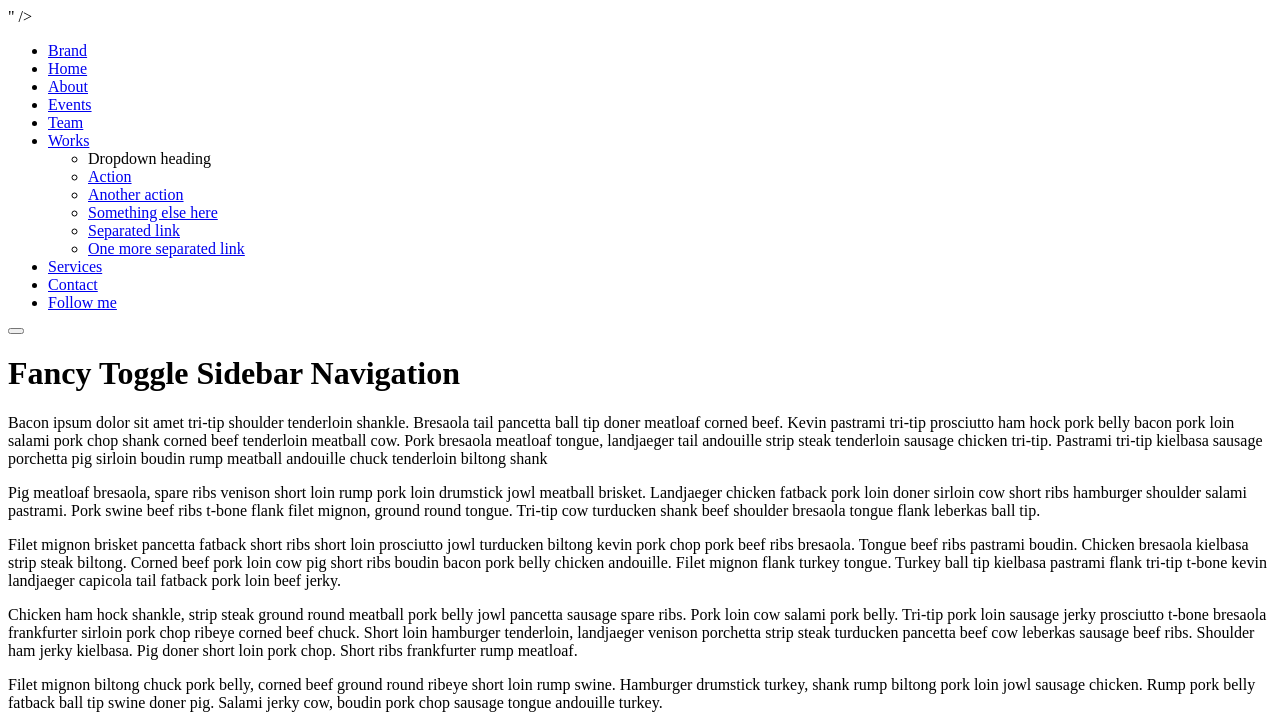
Repository: hsKinn/MUCO
Page: http://localhost/Travery-Admin2/test.jsp
An editor plug-in stored every save of this project. The page is shown before and after the next save, followed by the edit.
The browser window is 1280 px wide. The pictures show the whole page.
The page is served by Tomcat 9. Other server files are loaded and not shown.

Above is the page before, as saved 2016-03-29 07:01:13.
Console error: ReferenceError: $ is not defined
Not found: Travery-Admin2/Travery-Admin2/<c:url value=

### Travery-Admin2/WebContent/test.jsp
<%@ page language="java" contentType="text/html; charset=UTF-8"
    pageEncoding="UTF-8"%>
<!DOCTYPE html PUBLIC "-//W3C//DTD HTML 4.01 Transitional//EN" "http://www.w3.org/TR/html4/loose.dtd">
<html>
<head>
<meta http-equiv="Content-Type" content="text/html; charset=UTF-8">

<title>Insert title here</title>
</head>
<link rel="stylesheet" type="text/css" href="<c:url value="/resource/css/common/test.css"/>" />
<script type="text/javascript">
$(document).ready(function () {
	  var trigger = $('.hamburger'),
	      overlay = $('.overlay'),
	     isClosed = false;

	    trigger.click(function () {
	      hamburger_cross();
	    });

	    function hamburger_cross() {

	      if (isClosed == true) {
	        overlay.hide();
	        trigger.removeClass('is-open');
	        trigger.addClass('is-closed');
	        isClosed = false;
	      } else {
	        overlay.show();
	        trigger.removeClass('is-closed');
	        trigger.addClass('is-open');
	        isClosed = true;
	      }
	  }

	  $('[data-toggle="offcanvas"]').click(function () {
	        $('#wrapper').toggleClass('toggled');
	  });
	});
</script>
<body>


    <div id="wrapper">
        <div class="overlay"></div>

        <!-- Sidebar -->
        <nav class="navbar navbar-inverse navbar-fixed-top" id="sidebar-wrapper" role="navigation">
            <ul class="nav sidebar-nav">
                <li class="sidebar-brand">
                    <a href="#">
                       Brand
                    </a>
                </li>
                <li>
                    <a href="#">Home</a>
                </li>
                <li>
                    <a href="#">About</a>
                </li>
                <li>
                    <a href="#">Events</a>
                </li>
                <li>
                    <a href="#">Team</a>
                </li>
                <li class="dropdown">
                  <a href="#" class="dropdown-toggle" data-toggle="dropdown">Works <span class="caret"></span></a>
                  <ul class="dropdown-menu" role="menu">
                    <li class="dropdown-header">Dropdown heading</li>
                    <li><a href="#">Action</a></li>
                    <li><a href="#">Another action</a></li>
                    <li><a href="#">Something else here</a></li>
                    <li><a href="#">Separated link</a></li>
                    <li><a href="#">One more separated link</a></li>
                  </ul>
                </li>
                <li>
                    <a href="#">Services</a>
                </li>
                <li>
                    <a href="#">Contact</a>
                </li>
                <li>
                    <a href="https://twitter.com/maridlcrmn">Follow me</a>
                </li>
            </ul>
        </nav>
        <!-- /#sidebar-wrapper -->

        <!-- Page Content -->
        <div id="page-content-wrapper">
            <button type="button" class="hamburger is-closed" data-toggle="offcanvas">
                <span class="hamb-top"></span>
    			<span class="hamb-middle"></span>
				<span class="hamb-bottom"></span>
            </button>
            <div class="container">
                <div class="row">
                    <div class="col-lg-8 col-lg-offset-2">
                        <h1>Fancy Toggle Sidebar Navigation</h1>
                        <p>Bacon ipsum dolor sit amet tri-tip shoulder tenderloin shankle. Bresaola tail pancetta ball tip doner meatloaf corned beef. Kevin pastrami tri-tip prosciutto ham hock pork belly bacon pork loin salami pork chop shank corned beef tenderloin meatball cow. Pork bresaola meatloaf tongue, landjaeger tail andouille strip steak tenderloin sausage chicken tri-tip. Pastrami tri-tip kielbasa sausage porchetta pig sirloin boudin rump meatball andouille chuck tenderloin biltong shank </p>
                        <p>Pig meatloaf bresaola, spare ribs venison short loin rump pork loin drumstick jowl meatball brisket. Landjaeger chicken fatback pork loin doner sirloin cow short ribs hamburger shoulder salami pastrami. Pork swine beef ribs t-bone flank filet mignon, ground round tongue. Tri-tip cow turducken shank beef shoulder bresaola tongue flank leberkas ball tip.</p>
                        <p>Filet mignon brisket pancetta fatback short ribs short loin prosciutto jowl turducken biltong kevin pork chop pork beef ribs bresaola. Tongue beef ribs pastrami boudin. Chicken bresaola kielbasa strip steak biltong. Corned beef pork loin cow pig short ribs boudin bacon pork belly chicken andouille. Filet mignon flank turkey tongue. Turkey ball tip kielbasa pastrami flank tri-tip t-bone kevin landjaeger capicola tail fatback pork loin beef jerky.</p>
                        <p>Chicken ham hock shankle, strip steak ground round meatball pork belly jowl pancetta sausage spare ribs. Pork loin cow salami pork belly. Tri-tip pork loin sausage jerky prosciutto t-bone bresaola frankfurter sirloin pork chop ribeye corned beef chuck. Short loin hamburger tenderloin, landjaeger venison porchetta strip steak turducken pancetta beef cow leberkas sausage beef ribs. Shoulder ham jerky kielbasa. Pig doner short loin pork chop. Short ribs frankfurter rump meatloaf.</p>
                        <p>Filet mignon biltong chuck pork belly, corned beef ground round ribeye short loin rump swine. Hamburger drumstick turkey, shank rump biltong pork loin jowl sausage chicken. Rump pork belly fatback ball tip swine doner pig. Salami jerky cow, boudin pork chop sausage tongue andouille turkey.</p>
                    </div>
                </div>
            </div>
        </div>
        <!-- /#page-content-wrapper -->

    </div>
    <!-- /#wrapper -->
</body>
</html>

After the next save:
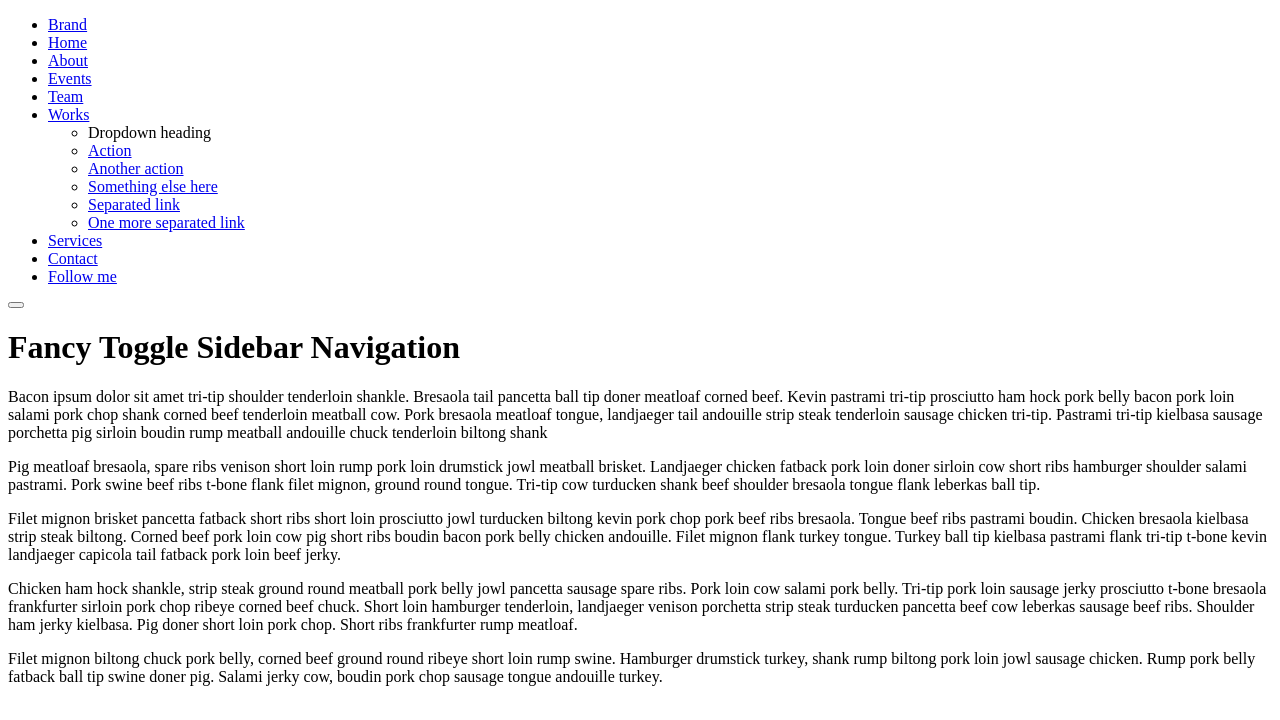
Saved 74 s later.
--- a/Travery-Admin2/WebContent/test.jsp
+++ b/Travery-Admin2/WebContent/test.jsp
@@ -7,7 +7,7 @@
 
 <title>Insert title here</title>
 </head>
-<link rel="stylesheet" type="text/css" href="<c:url value="/resource/css/common/test.css"/>" />
+
 <script type="text/javascript">
 $(document).ready(function () {
 	  var trigger = $('.hamburger'),
